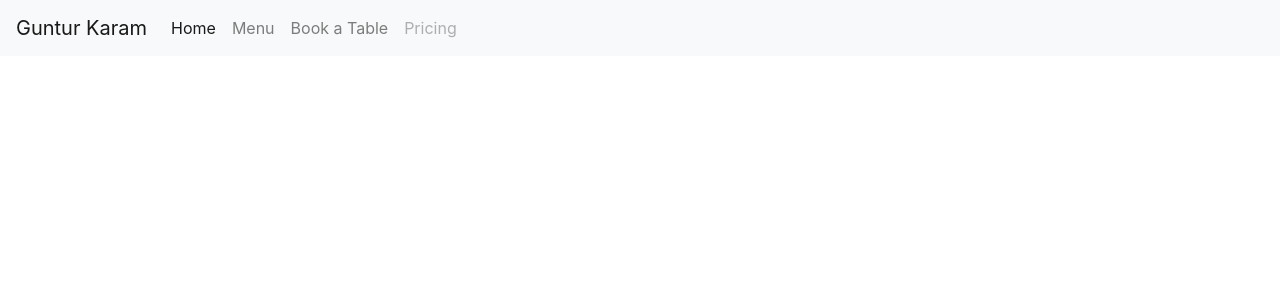
Repository: NarendraKumar-2259/ResturantManagementSystem
Page: http://localhost/Guntur_Karam/Home.jsp
An editor plug-in stored every save of this project. The page is shown before and after the next save, followed by the edit.
The browser window is 1280 px wide. The pictures show the whole page.
Some web libraries are served in a nearby version. The page is served by Tomcat 9. Other server files are loaded and not shown.

Above is the page before, as saved 2024-09-27 10:06:21.

### Guntur Karam/src/main/webapp/Home.jsp
<%@ page language="java" contentType="text/html; charset=UTF-8"
    pageEncoding="UTF-8"%>
<!doctype html>
<html lang="en">
  <head>
    <!-- Required meta tags -->
    <meta charset="utf-8">
    <meta name="viewport" content="width=device-width, initial-scale=1, shrink-to-fit=no">

    <!-- Bootstrap CSS -->
    <link rel="stylesheet" href="https://cdn.jsdelivr.net/npm/bootstrap@4.0.0/dist/css/bootstrap.min.css" integrity="sha384-Gn5384xqQ1aoWXA+058RXPxPg6fy4IWvTNh0E263XmFcJlSAwiGgFAW/dAiS6JXm" crossorigin="anonymous">

    <title>Hello, world!</title>
  </head>
  <body>
    <nav class="navbar navbar-expand-lg navbar-light bg-light">
  <a class="navbar-brand" href="#">Guntur Karam</a>
  <button class="navbar-toggler" type="button" data-toggle="collapse" data-target="#navbarNav" aria-controls="navbarNav" aria-expanded="false" aria-label="Toggle navigation">
    <span class="navbar-toggler-icon"></span>
  </button>
  <div class="collapse navbar-collapse" id="navbarNav">
    <ul class="navbar-nav">
      <li class="nav-item active">
        <a class="nav-link" href="#">Home <span class="sr-only">(current)</span></a>
      </li>
      <li class="nav-item">
        <a class="nav-link" href="#">Menu</a>
      </li>
      <li class="nav-item">
        <a class="nav-link" href="#">Book a Table</a>
      </li>
      <li class="nav-item">
        <a class="nav-link disabled" href="#">Pricing</a>
      </li>
    </ul>
  </div>
</nav>


    <!-- Optional JavaScript -->
    <!-- jQuery first, then Popper.js, then Bootstrap JS -->
    <script src="https://code.jquery.com/jquery-3.2.1.slim.min.js" integrity="sha384-KJ3o2DKtIkvYIK3UENzmM7KCkRr/rE9/Qpg6aAZGJwFDMVNA/GpGFF93hXpG5KkN" crossorigin="anonymous"></script>
    <script src="https://cdn.jsdelivr.net/npm/popper.js@1.12.9/dist/umd/popper.min.js" integrity="sha384-ApNbgh9B+Y1QKtv3Rn7W3mgPxhU9K/ScQsAP7hUibX39j7fakFPskvXusvfa0b4Q" crossorigin="anonymous"></script>
    <script src="https://cdn.jsdelivr.net/npm/bootstrap@4.0.0/dist/js/bootstrap.min.js" integrity="sha384-JZR6Spejh4U02d8jOt6vLEHfe/JQGiRRSQQxSfFWpi1MquVdAyjUar5+76PVCmYl" crossorigin="anonymous"></script>
  </body>
</html>

After the next save:
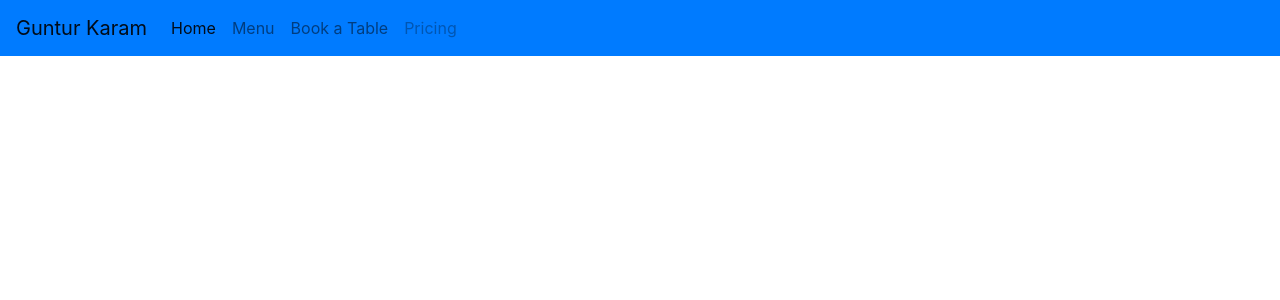
Saved 9 min 33 s later.
--- a/Guntur Karam/src/main/webapp/Home.jsp
+++ b/Guntur Karam/src/main/webapp/Home.jsp
@@ -13,8 +13,8 @@
     <title>Hello, world!</title>
   </head>
   <body>
-    <nav class="navbar navbar-expand-lg navbar-light bg-light">
-  <a class="navbar-brand" href="#">Guntur Karam</a>
+    <nav class="navbar navbar-expand-lg navbar-light bg-primary">
+  <a class="navbar-brand" href="">Guntur Karam</a>
   <button class="navbar-toggler" type="button" data-toggle="collapse" data-target="#navbarNav" aria-controls="navbarNav" aria-expanded="false" aria-label="Toggle navigation">
     <span class="navbar-toggler-icon"></span>
   </button>
@@ -36,7 +36,6 @@
   </div>
 </nav>
 
-
     <!-- Optional JavaScript -->
     <!-- jQuery first, then Popper.js, then Bootstrap JS -->
     <script src="https://code.jquery.com/jquery-3.2.1.slim.min.js" integrity="sha384-KJ3o2DKtIkvYIK3UENzmM7KCkRr/rE9/Qpg6aAZGJwFDMVNA/GpGFF93hXpG5KkN" crossorigin="anonymous"></script>

After the save that followed:
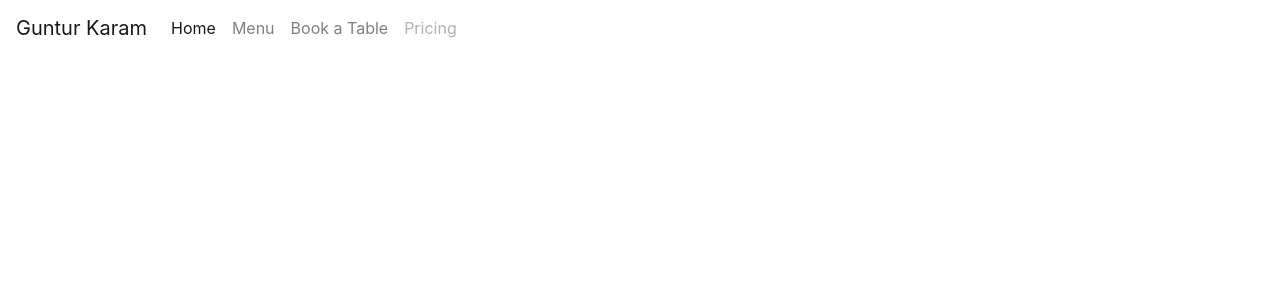
Saved 77 s later.
--- a/Guntur Karam/src/main/webapp/Home.jsp
+++ b/Guntur Karam/src/main/webapp/Home.jsp
@@ -13,7 +13,7 @@
     <title>Hello, world!</title>
   </head>
   <body>
-    <nav class="navbar navbar-expand-lg navbar-light bg-primary">
+    <nav class="navbar navbar-expand-lg navbar-light bg-Warning">
   <a class="navbar-brand" href="">Guntur Karam</a>
   <button class="navbar-toggler" type="button" data-toggle="collapse" data-target="#navbarNav" aria-controls="navbarNav" aria-expanded="false" aria-label="Toggle navigation">
     <span class="navbar-toggler-icon"></span>
